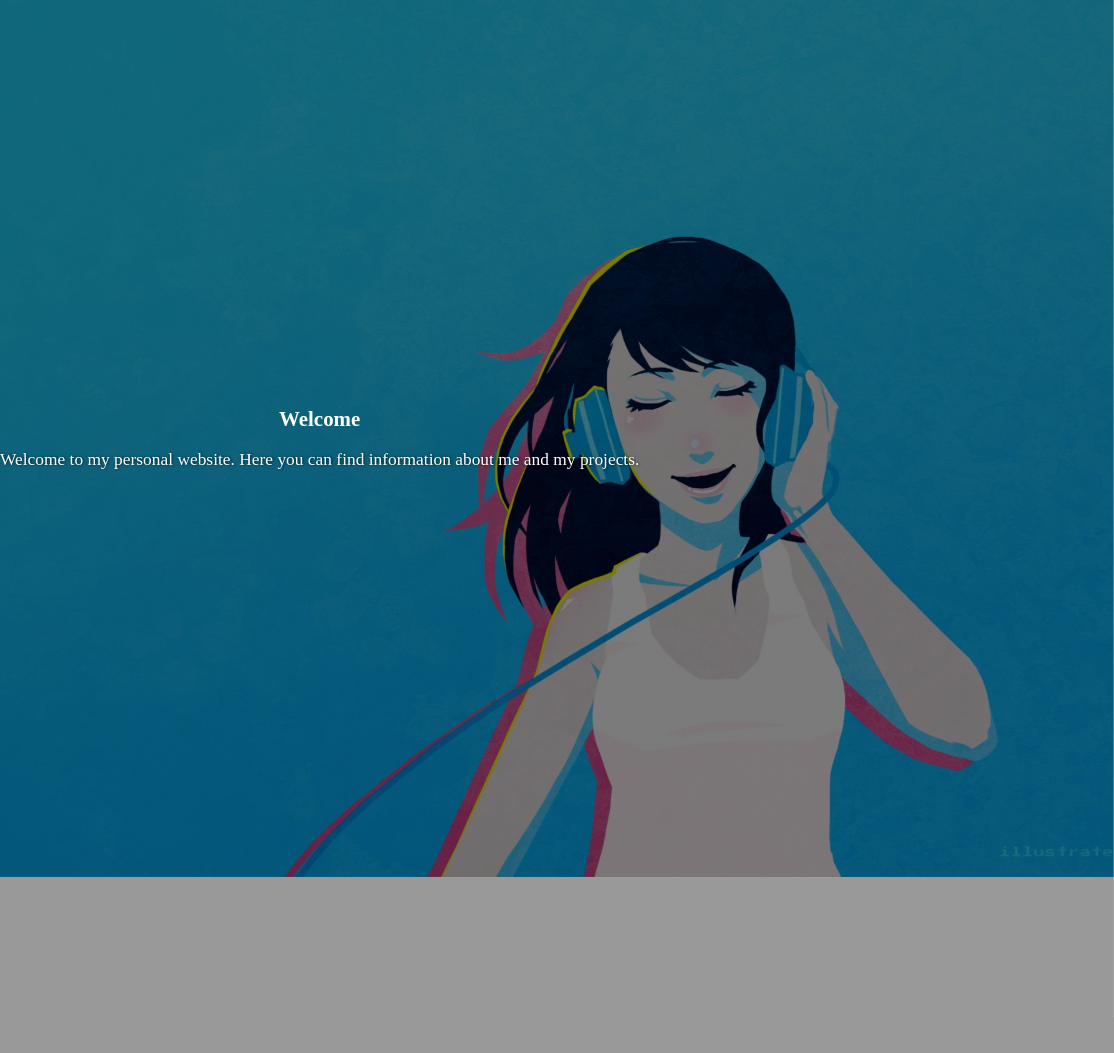
Repository: cydxf/cydxf.github.io
Page: index.html
An editor plug-in stored every save of this project. The page is shown before and after the next save, followed by the edit.
The browser window is 1280 px wide. The pictures show the whole page, at 87% of full size.

Above is the page before, as saved 2024-08-02 01:50:16.

### index.html
<!DOCTYPE html>
<html lang="en">
<head>
    <meta charset="UTF-8">
    <meta name="viewport" content="width=device-width, initial-scale=1.0">
    <title>My Personal Website</title>
    <link rel="stylesheet" href="css/styles.css">
</head>
<body>
    <main>
        <section id="home" class="hero">
            <div class="hero-content">
                <h2>Welcome</h2>
                <p>Welcome to my personal website. Here you can find information about me and my projects.</p>
            </div>
        </section>
        <section id="about">
            <h2>About Me</h2>
            <p>This is the about section where you can find more information about me.</p>
        </section>
        <section id="projects">
            <h2>Projects</h2>
            <p>Here are some of my recent projects.</p>
            <ul>
                <li>Project 1</li>
                <li>Project 2</li>
                <li>Project 3</li>
            </ul>
        </section>
        <section id="contact">
            <h2>Contact</h2>
            <p>If you want to get in touch, please contact me via email.</p>
        </section>
    </main>
    <footer>
        <p>&copy; 2024 Huang Jiaxi</p>
    </footer>
    <script src="js/script.js"></script>
    </head>
</body>
</html>

### css/styles.css
body, html {
    margin: 0;
    padding: 0;
    height: 100%;
    width: 100%;
}

.hero {
    position: absolute;
    width: 100%;
    height: 140vh; /* Viewport height */
    left: 0;
    top: 0;
    background-image: url('../resource/image/shigiChannelArt_clean.jpg'); /* 首页大图  */
    background-size: cover;
    background-position: center;
    background-repeat: no-repeat;
    color: #fff;
    display: flex;
    justify-content: left;
    align-items: center;
    text-align: center;
    color: #fff;
}

.hero:before{
    content: '';
    position: absolute;
    top: 0;
    left: 0;
    width: 100%;
    height: 120%;
    background: rgba(0, 0, 0, 0.4);
    z-index: 1;
}

.hero-content {
    position: relative;
    z-index: 2;
}

.hero h1 {
    font-size: 3rem; /* 适当调整标题字体大小 */
    margin: 0;
    padding: 0;
    text-shadow: 2px 2px 4px rgba(0, 0, 0, 0.7); /* 添加文本阴影使其更清晰 */
}

.hero p {
    font-size: 1.25rem; /* 适当调整副标题字体大小 */
    margin-top: 0.5rem;
    text-shadow: 1px 1px 3px rgba(0, 0, 0, 0.7); /* 添加文本阴影使其更清晰 */
}

### js/script.js
document.addEventListener("DOMContentLoaded", function() {
    const links = document.querySelectorAll("nav ul li a");

    links.forEach(link => {
        link.addEventListener("click", function(event) {
            event.preventDefault();
            const targetId = this.getAttribute("href").substring(1);
            const targetSection = document.getElementById(targetId);
            window.scrollTo({
                top: targetSection.offsetTop,
                behavior: "smooth"
            });
        });
    });
});

After the next save:
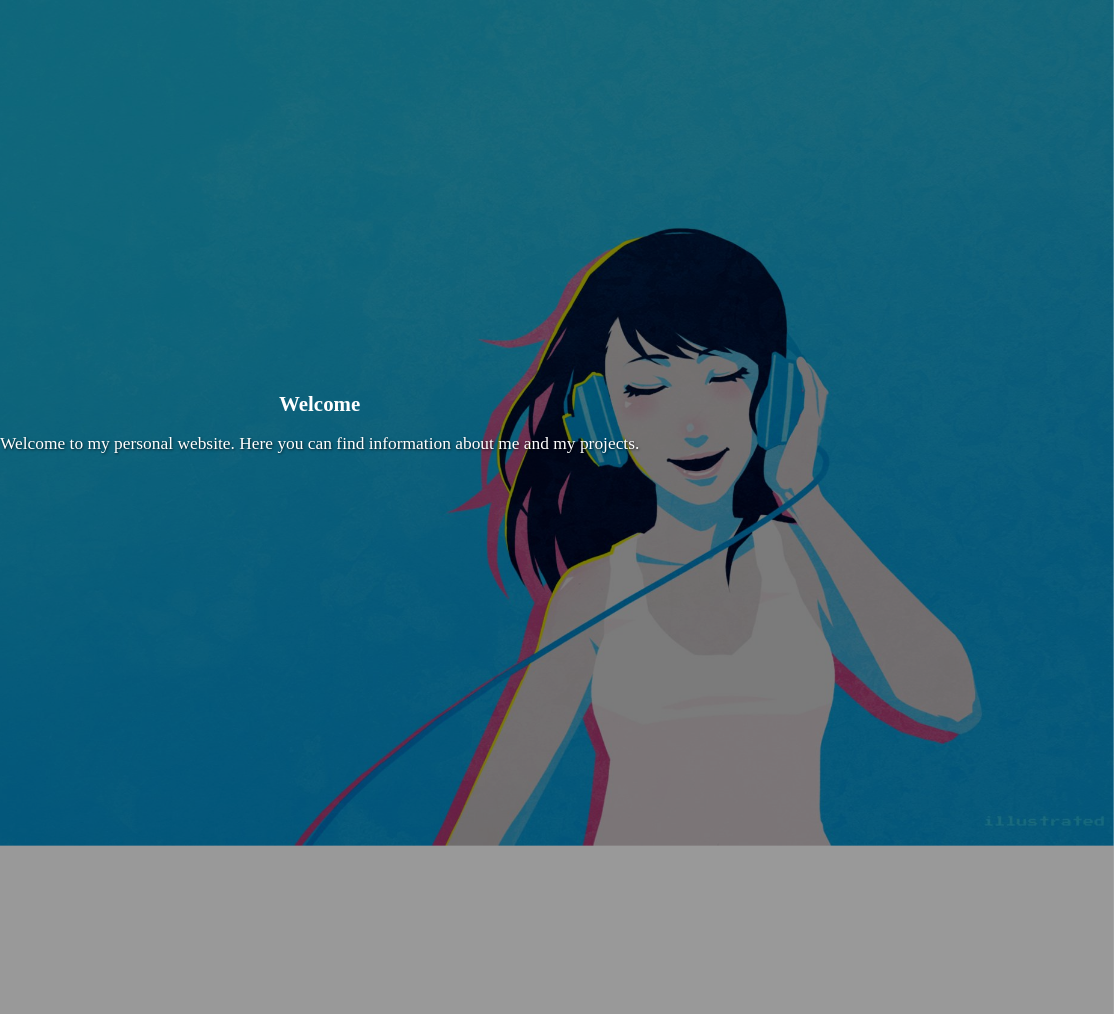
Saved 13 s later.
--- a/css/styles.css
+++ b/css/styles.css
@@ -8,7 +8,7 @@ body, html {
 .hero {
     position: absolute;
     width: 100%;
-    height: 140vh; /* Viewport height */
+    height: 135vh; /* Viewport height */
     left: 0;
     top: 0;
     background-image: url('../resource/image/shigiChannelArt_clean.jpg'); /* 首页大图  */
